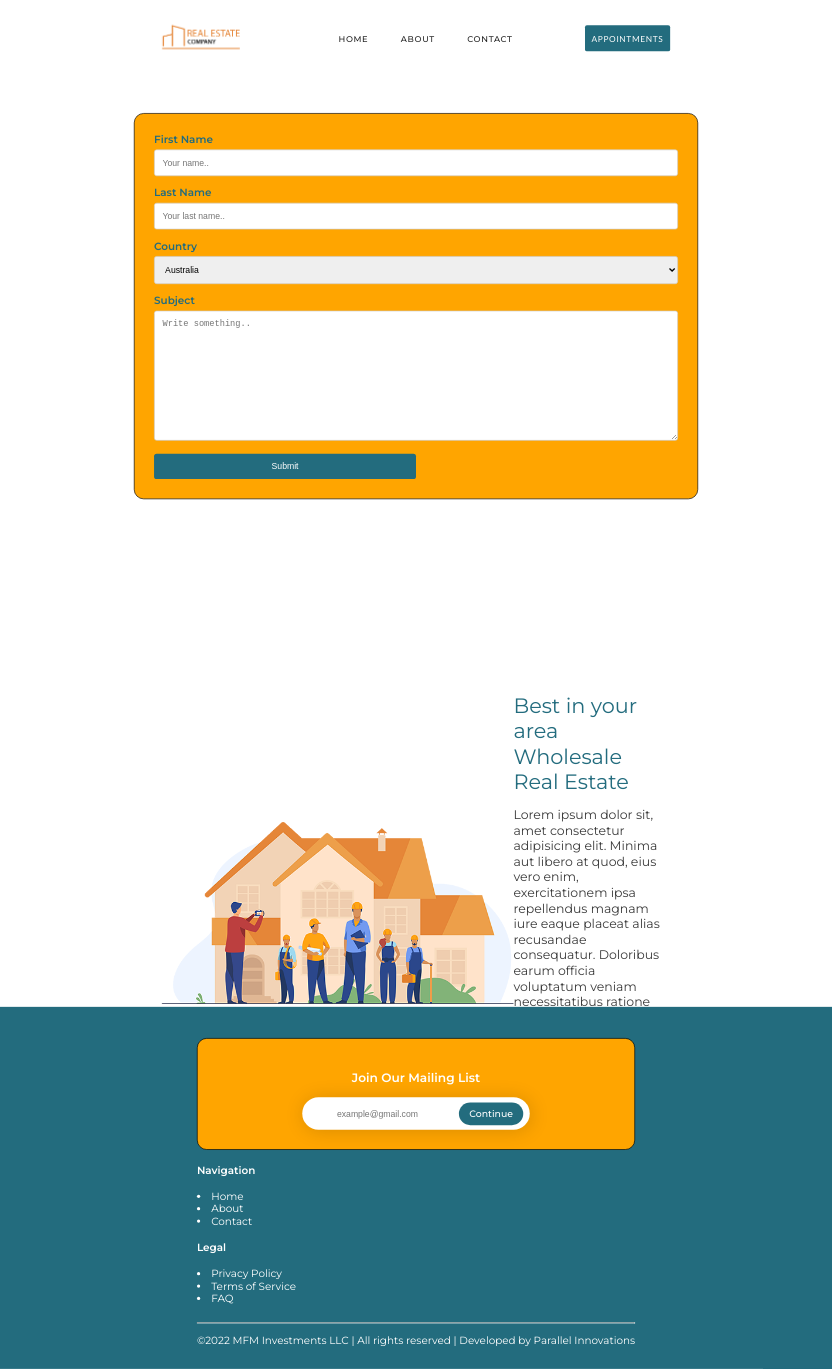
Repository: gabe126679/Mikes-site
Page: /Appointments
An editor plug-in stored every save of this project. The page is shown before and after the next save, followed by the edit.
The browser window is 1280 px wide. The pictures show the whole page, at 65% of full size.
Some web libraries are served in a nearby version. The project was rebuilt for these pictures with package versions that can differ from the ones it lists, and the page was loaded fresh each time. Also part of the build but not shown: src/components/Header.jsx, src/components/Howitworks.jsx, src/components/Contact.jsx, src/components/PageAbout.jsx, src/components/Bproperty.jsx, src/components/Item.js, src/components/CarouselItem.jsx, src/components/Properties.jsx and 4 more.

Above is the page before, as saved 2022-04-19 19:02:10.

### public/index.html
<!DOCTYPE html>
<html lang="en">
  <head>
    <meta charset="utf-8" />
    <link rel="icon" href="%PUBLIC_URL%/favicon.ico" />
    <meta name="viewport" content="width=device-width, initial-scale=1" />
    <meta name="theme-color" content="#000000" />
    <meta
      name="description"
      content="Web site created using create-react-app"
    />
    <link rel="apple-touch-icon" href="%PUBLIC_URL%/logo192.png" />

    <link rel="manifest" href="%PUBLIC_URL%/manifest.json" />
    <script src="https://kit.fontawesome.com/95dc93da07.js"></script>
    <title>Mike's Homes</title>
  </head>
  <body>
    <noscript>You need to enable JavaScript to run this app.</noscript>
    <div id="root"></div>

  </body>
</html>

### src/components/About.jsx
import React from 'react'
import aboutimage from '../images/hero.png';
import Contact from "./Contact"

function About() {
  return (
    <div className="about">
        <div className="about-model">
          <img src={aboutimage} alt="about image"/>
        </div>
        <div className="about-text">
          <h2>Best in your area <br/>Wholesale Real Estate</h2>
          <p>Lorem ipsum dolor sit, amet consectetur adipisicing elit. Minima aut libero at quod, eius vero enim, exercitationem ipsa repellendus magnam iure eaque placeat alias recusandae consequatur. Doloribus earum officia voluptatum veniam necessitatibus ratione dolor quam?</p>
          <button>View More Details</button>
          <h3>Get the Best Property</h3>
        </div>
    </div>
  )
}

export default About

### src/components/Appointments.jsx
import React from "react";
import styled from 'styled-components/macro';
import Navbar from "./Navbar";
import Form from "./Form";
import Footer from "./Footer";
import About from "./About";

const Section = styled.div`
  padding: 20px;
  display: flex;
  justify-content: center;
  align-items: center;
`;
const Break = styled.br`
@media (min-width: 768px) {
    display: none;
}
`;
const XBreak = styled.br`
@media (max-width: 768px) {
    display: none;
}
`;

const ABreak = styled.br`
@media (max-width: 970px) {
    display: none;
}
`;

const Appointments = () => {

  return (
    <div>
    <Section>

    <div className="form-contact">
        <Navbar/>
        <Form/>
        <br/>
        <br/>
        <br/>
        <br/>
        <br/>
        <br/>
        <ABreak/>
        <ABreak/>
        <ABreak/>
        <ABreak/>
        <ABreak/>
        <ABreak/>
        <About />
    </div>
    </Section>
    <ABreak/>
    <ABreak/>
    <ABreak/>
    <ABreak/>
    <ABreak/>
    <ABreak/>
    <Break/>
    <Break/>
    <Break/>
    <Break/>
    <Break/>
    <Break/>
    <Break/>
    <Break/>
    <Break/>
    <Break/>
    <Break/>
    <Break/>
    <Break/>
    <Break/>
    <Break/>
    <Break/>
    <Break/>
    <Break/>
    <Break/>
    <Break/>
    <Break/>
    <Break/>
    <Break/>
    <Break/>
    <Break/>

    <XBreak/>
    <XBreak/>
    <XBreak/>
    <XBreak/>
    <XBreak/>
    <XBreak/>
    <XBreak/>
    <XBreak/>
    <XBreak/>
    <XBreak/>
    <XBreak/>
    <XBreak/>
    <XBreak/>
    <XBreak/>
    <XBreak/>
    <XBreak/>
    <XBreak/>
    <XBreak/>
    <XBreak/>
    <XBreak/>
    <XBreak/>
    <XBreak/>
    <XBreak/>
    <XBreak/>
    <XBreak/>
    <XBreak/>
    <XBreak/>
    <XBreak/>
    <XBreak/>
    <XBreak/>
    <XBreak/>
    <XBreak/>
    <XBreak/>


    <Footer />
    </div>



  );
};

export default Appointments;

### src/components/Navbar.jsx
import React from 'react'
import logo from "../images/logo1.png"
import { Link } from "react-router-dom";

function Navbar() {
  return (
    <nav>
        <a href="/" className="logo">
            <img src={logo} alt="logo"/>
        </a>
        <input className="menu-btn" type="checkbox" id="menu-btn"/>
        <label className="menu-icon" for="menu-btn">
            <span className="nav-icon"></span>
        </label>
        <ul className="menu">
            <li><Link to="/" >Home</Link></li>
            <li><Link to="/about">About</Link></li>
            <li><Link to="/contact">Contact</Link></li>
        </ul>
        <Link to="/appointments" className="property">Appointments</Link>
        {/* <a href="/homes" className="property"></a> */}
    </nav>
  )
}

export default Navbar

### src/components/Footer.jsx
import React from "react";


const Footer = () => {
return (
    <div className="main-footer">
      <div className="container">
        <div className="row">
          {/* Column1 */}
          <div className="col">
            <div className="container-email">
                <h3>Join Our Mailing List</h3>
                <div className="contact-input">
                    <input type="email" placeholder="example@gmail.com"/>
                    <a href="#">Continue</a>
                </div>
            </div>
          </div>
          {/* Column2 */}
          <div className="col">
            <h4>Navigation</h4>
            <ui className="list-unstyled">
              <li>Home</li>
              <li>About</li>
              <li>Contact</li>
            </ui>
          </div>
          {/* Column3 */}
          <div className="col">
            <h4>Legal</h4>
            <ui className="list-unstyled">
              <li>Privacy Policy</li>
              <li>Terms of Service</li>
              <li>FAQ</li>
            </ui>
          </div>
          <br/>
        </div>
        <hr />
        <div className="row">
          <p className="col-sm">
            &copy;{new Date().getFullYear()} MFM Investments LLC | All rights reserved |
            Developed by Parallel Innovations
          </p>
        </div>
        <br/>
      </div>
    </div>
);
};
export default Footer;

### src/components/Form.jsx
import React from 'react'


function Form() {
  return (
    <div>
      <br/>
      <br/>
      <br/>
      <br/>
      <div className="container-email">
        <form action="action_page.php">
            <label htmlFor="fname">First Name</label>
            <input type="text" id="fname" name="firstname" placeholder="Your name.." />
            <label htmlFor="lname">Last Name</label>
            <input type="text" id="lname" name="lastname" placeholder="Your last name.." />
            <label htmlFor="country">Country</label>
            <select id="country" name="country">
            <option value="australia">Australia</option>
            <option value="canada">Canada</option>
            <option value="usa">USA</option>
            </select>
            <label htmlFor="subject">Subject</label>
            <textarea id="subject" name="subject" placeholder="Write something.." style={{height: '200px'}} defaultValue={""} />
            <input type="submit" defaultValue="Submit" />
        </form>
      </div>
    </div>
  )
}

export default Form

Loaded but not shown: src/App.js (44 lines, source omitted); src/index.js (29 lines, source omitted); src/index.css (925 lines, source omitted)

After the next save:
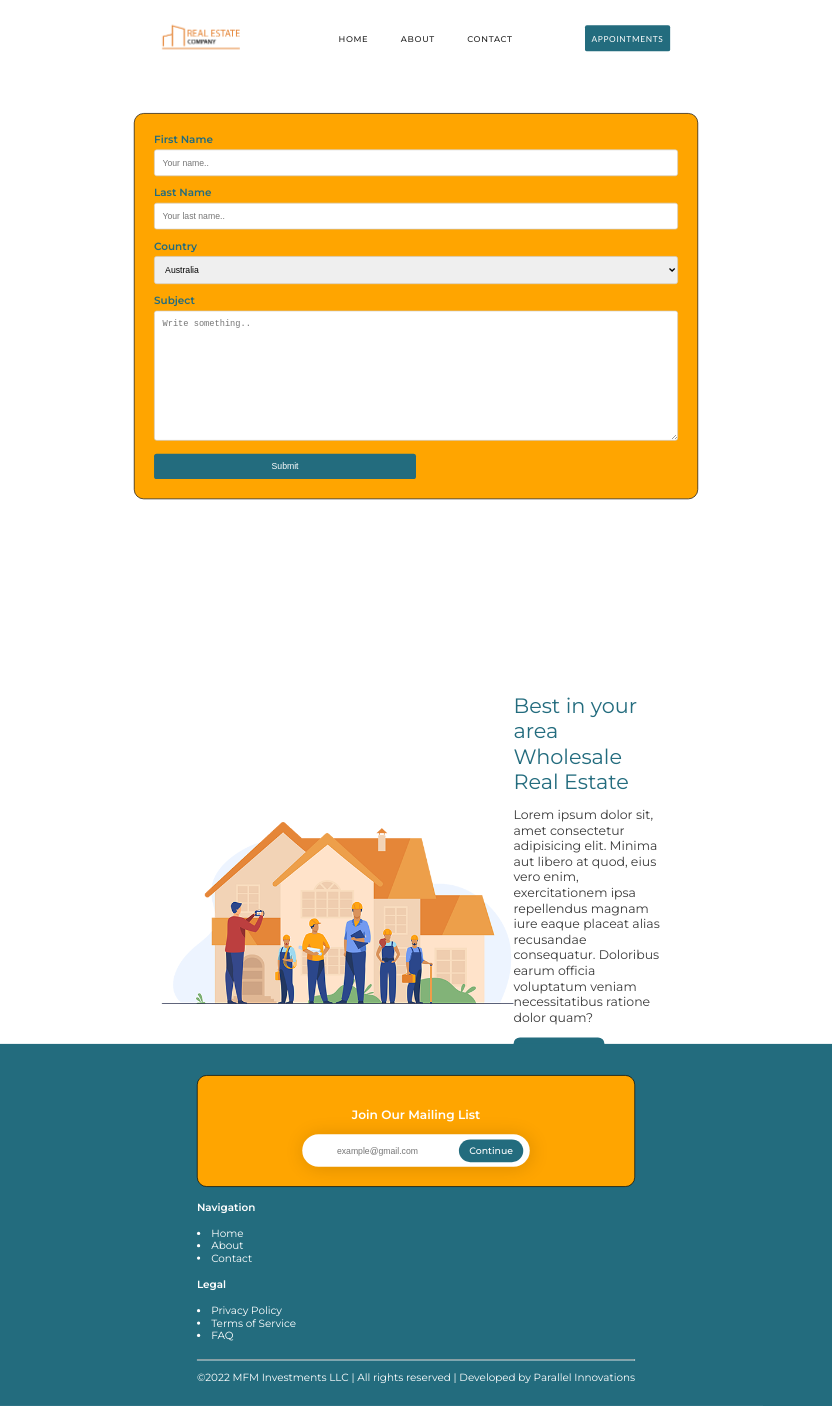
Saved 7 s later.
--- a/src/components/Appointments.jsx
+++ b/src/components/Appointments.jsx
@@ -52,6 +52,9 @@ const Appointments = () => {
         <About />
     </div>
     </Section>
+    <ABreak/>
+    <ABreak/>
+    <ABreak/>
     <ABreak/>
     <ABreak/>
     <ABreak/>

After the save that followed:
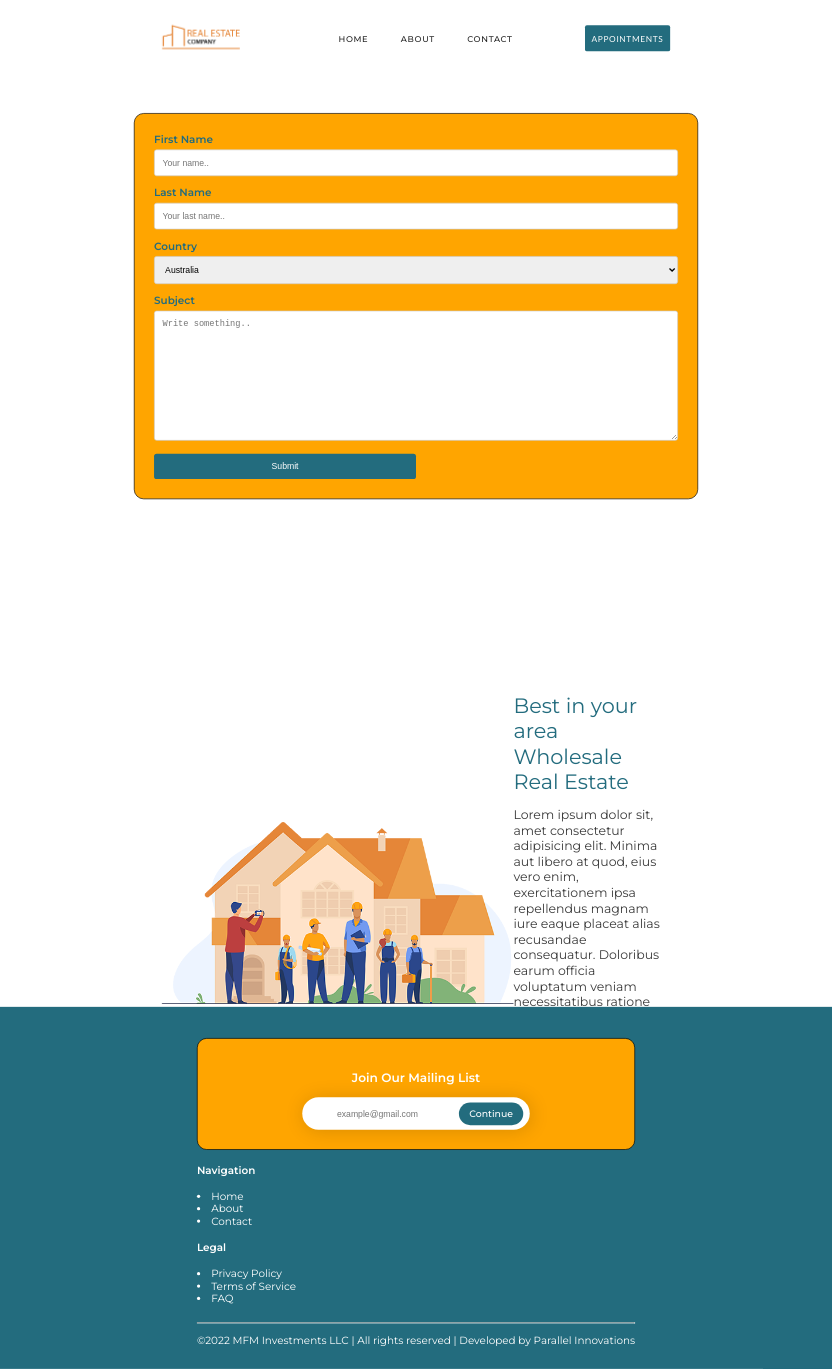
Saved 6 s later.
--- a/src/components/Appointments.jsx
+++ b/src/components/Appointments.jsx
@@ -58,9 +58,7 @@ const Appointments = () => {
     <ABreak/>
     <ABreak/>
     <ABreak/>
-    <ABreak/>
-    <ABreak/>
-    <ABreak/>
+
     <Break/>
     <Break/>
     <Break/>
